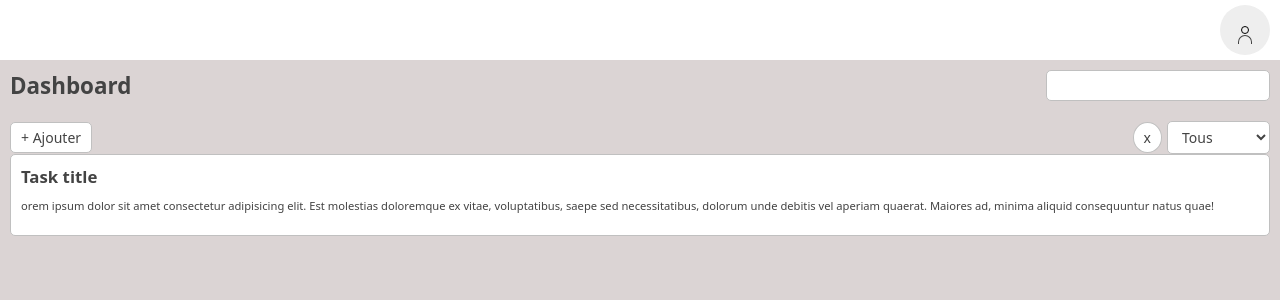
Repository: zpaulange/task_manager
Page: dashboard/index.html
An editor plug-in stored every save of this project. The page is shown before and after the next save, followed by the edit.
The browser window is 1280 px wide. The pictures show the whole page.

Above is the page before, as saved 2025-03-06 15:19:36.

After the next save:
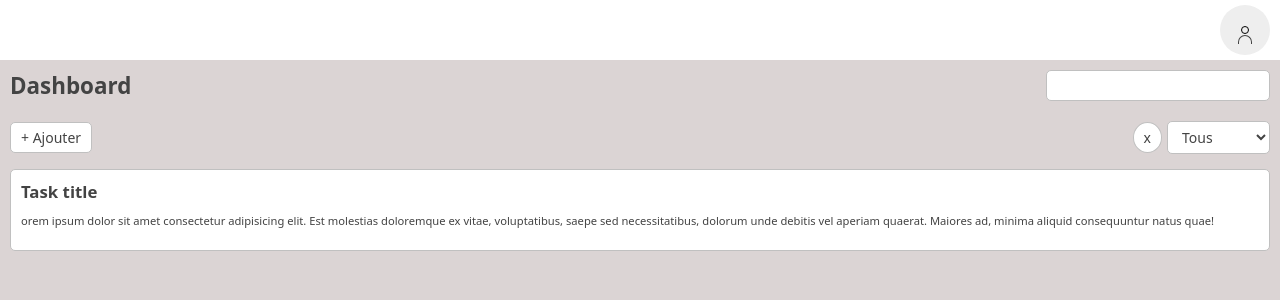
Saved 25 s later.
--- a/assets/styles/dashboard/style.css
+++ b/assets/styles/dashboard/style.css
@@ -151,6 +151,9 @@ input:focus, select:focus{
   background-color: #fff;
 }
 
+.main-task__content{
+  margin-top:15px;
+}
 .main-task__content-item{
   background-color:#fff;
   padding:10px;
